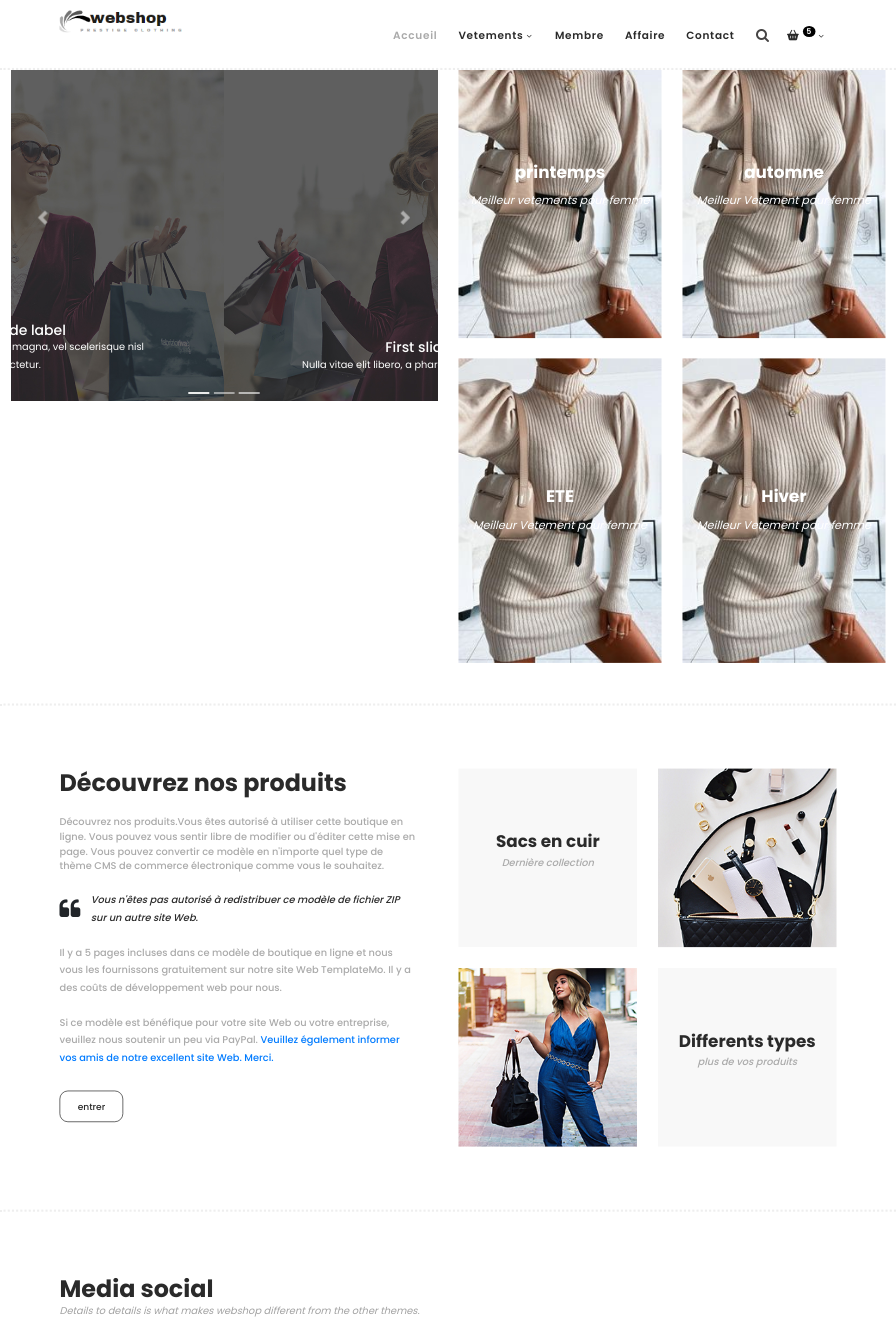
Repository: Hnatacha/webshop
Page: http://localhost/Espace-Membre/index.php
These files come from the project's save history. The page is drawn as it stood at one moment and after a run of saves; the edit follows.
The browser window is 1280 px wide. The pictures show the part of the page from y = 0 to 1920 px (the page is 3085 px tall before and 3208 px after), at 70% of full size.
Some web libraries are served in a nearby version. The page is run by PHP 8.4 with error messages shown; the project is at /var/www/html/.

Above is the page before, as saved 2022-09-24 18:58:28.

After the next 2 saves:
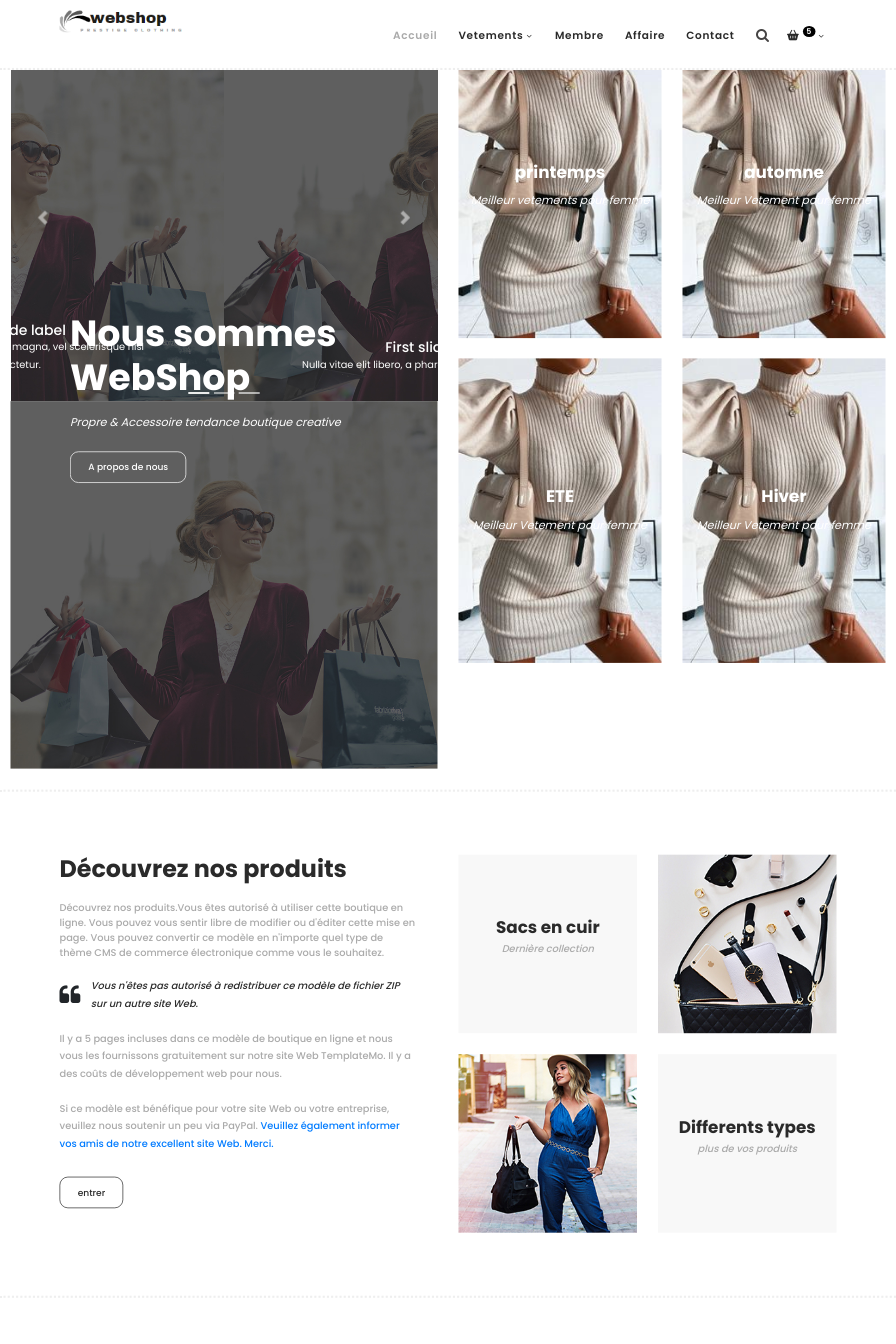
The 2 saves are shown as one change because they came seconds apart.
The last was saved 15 s later.
--- a/index.php
+++ b/index.php
@@ -172,6 +172,16 @@ https://templatemo.com/tm-571-webshop
                                     </a>
                                 </div>
                             </div>
+                            <div class="thumb">
+                                <div class="inner-content">
+                                    <h4>Nous sommes WebShop</h4>
+                                    <span> Propre &amp; Accessoire tendance boutique creative</span>
+                                    <div class="main-border-button">
+                                        <a href="about.php">A propos de nous</a>
+                                    </div>
+                                </div>
+                                <img src="assets/images/left-banner-image.jpg" alt="">
+                            </div>
                         </div>
                     </div>
                     <div class="col-lg-6">
